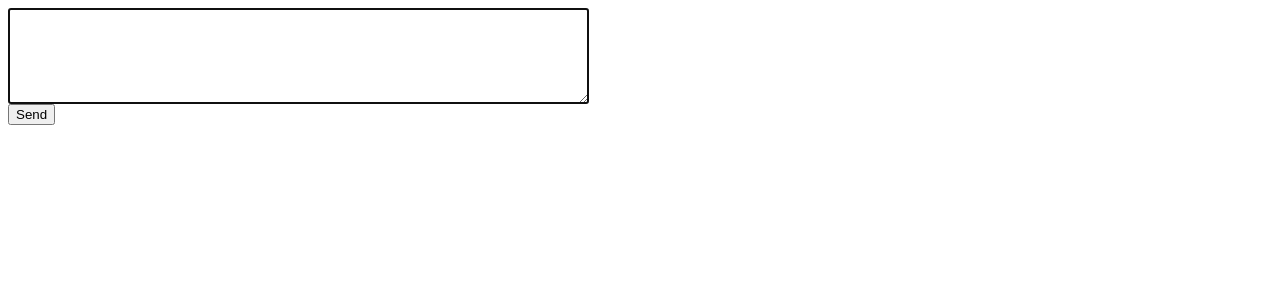
Repository: Aubtin/ProjectX2
Page: http://localhost/ProjectXWeb/
An editor plug-in stored every save of this project. The page is shown before and after the next save, followed by the edit.
The browser window is 1280 px wide. The pictures show the whole page.
The page is served by Tomcat 9.

Above is the page before, as saved 2015-06-30 07:31:16.

After the next save:
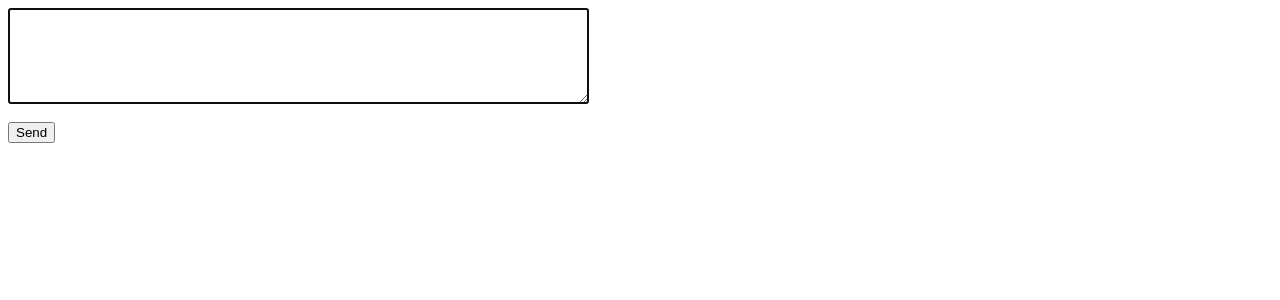
Saved 42 s later.
--- a/ProjectXWeb/WebContent/index.jsp
+++ b/ProjectXWeb/WebContent/index.jsp
@@ -7,9 +7,9 @@
 <title>ProjectX Web Service</title>
 </head>
 <body>
-<form action = "ProjectXServlet">
+<form action = "ProjectXServlet6">
 	<textarea rows="6" cols="70" name="myText" autofocus="true"></textarea>
-	<br>
+	<br><br>
 	<input type="Submit" value="Send"/>
 </form>
 
